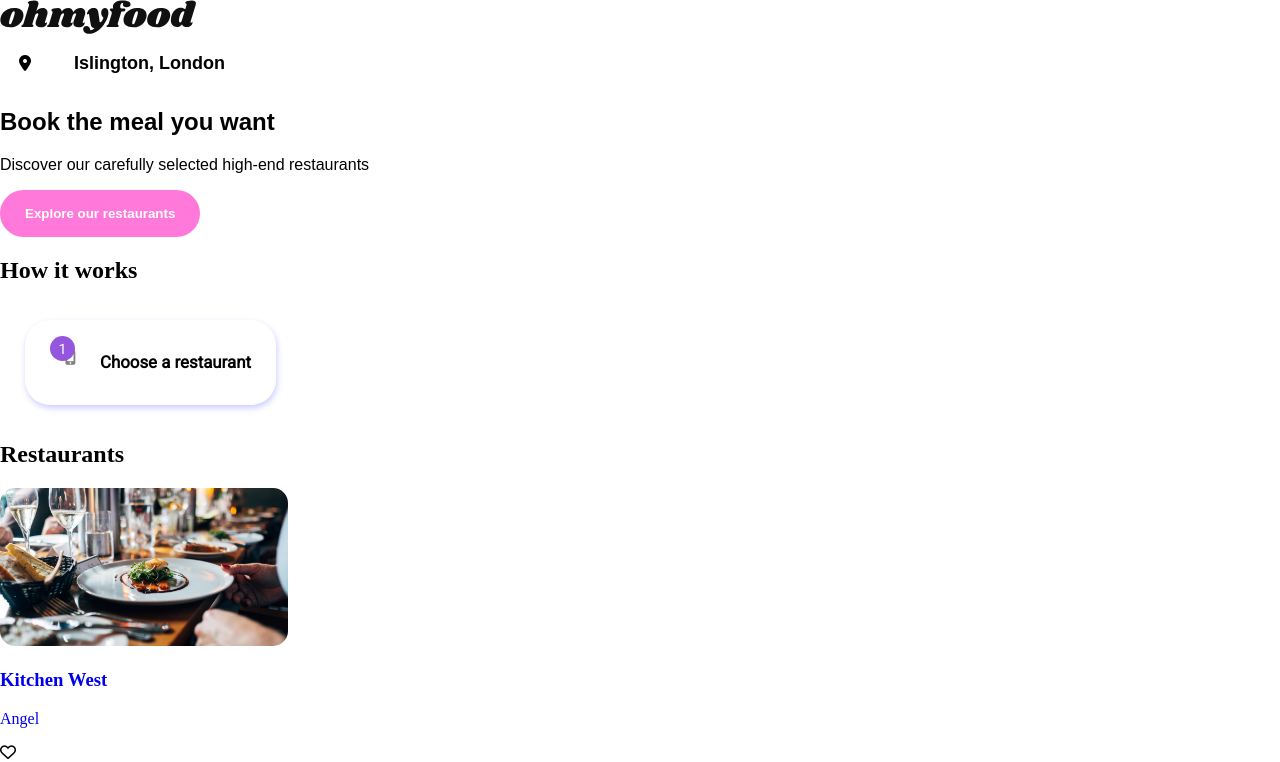
Repository: R1ptou/Project-3
Page: index.html
An editor plug-in stored every save of this project. The page is shown before and after the next save, followed by the edit.
The browser window is 1280 px wide. The pictures show the whole page.
Some web fonts or font styles are not loaded; a fallback is used. The style sheet was rebuilt from its Sass, Less or Tailwind sources for each picture, by a compiler version that may differ from the author's.

Above is the page before, as saved 2024-03-08 11:14:43.

### index.html
<!DOCTYPE html>
<html lang="en">
<head>
    <meta charset="UTF-8">
    <meta name="viewport" content="width=device-width, initial-scale=1.0">
    <title>ohmyfood</title>
    <link rel="preconnect" href="https://fonts.googleapis.com">
    <link rel="preconnect" href="https://fonts.googleapis.com">
    <link rel="preconnect" href="https://fonts.gstatic.com" crossorigin>
    <link href="https://fonts.googleapis.com/css2?family=Roboto&family=Shrikhand&display=swap" rel="stylesheet">
    <link rel="stylesheet" href="https://cdnjs.cloudflare.com/ajax/libs/font-awesome/6.2.1/css/all.min.css"
        integrity="sha512-MV7K8+y+gLIBoVD59lQIYicR65iaqukzvf/nwasF0nqhPay5w/9lJmVM2hMDcnK1OnMGCdVK+iQrJ7lzPJQd1w=="
        crossorigin="anonymous" referrerpolicy="no-referrer">
    <link rel="stylesheet" href="./css/style.css">
</head>
<body>
<!-- Header -->
    <div class="main-container">
        <header>
            <div class="logo"> <!-- Logo -->
               <img  src="./Images and text Ohmyfood/images/logo/ohmyfood@2x.svg" alt="ohmyfood logo" >
            </div>
            <form class="search-bar"> <!-- Search bar -->
                <div class="icon-search"><i class="text-black fa-solid fa-location-dot"></i></div>
                <input class="input-search" value="Islington, London" type="text">
            </form>
            <div class="headline"> <!-- Headline -->
                <h2>Book the meal you want</h2>
                <p>Discover our carefully selected high-end restaurants</p>
            </div>
            <button type="submit" class="button-search">Explore our restaurants</button> <!-- Submit button -->
        </header>
    </div>

<!-- How it works -->
    <main>
        <section >
            <h2>How it works</h2>
            <div class="card-group">
            <a href="#" class="card">
            <i class="icon-no"> 1 </i>
            <i class="icon-pic fa-solid fa-mobile-screen-button"></i>
            <h3 class="card-text">Choose a restaurant</h3>
            </a>
            </div>
        </section>


<!-- Restaurants -->
        <section>
            <h2>Restaurants</h2>

            <a href="#" class="restaurant-card">
                <img class="card-img" src="./Images and text Ohmyfood/images/restaurants/jay-wennington-N_Y88TWmGwA-unsplash.jpg" alt="">
                      <div class="card-content">
                        <h3 class="card-title">Kitchen West</h3>
                        <p class="card-subtitle">Angel</p>
                      </div>
              </a>
              <i class="fa-regular fa-heart"></i>
        </section>

<!-- Header -->
<!-- Header -->
    </main>
</body>
</html>

### scss/style.scss
/****** General ***********/

:root {
    --primary-color: #9356DC;
    --secondary-color: #FF79DA;
    --tertiary-color: #99E2D0;
}

body {
margin: 0;
padding: 0;
color: #000;
}

a {
    text-decoration: none;
}
/****** Header ***********/

/****** Logo ***********/

/****** Search bar ***********/

.search-bar {
    display: flex;
}

.icon-search {
    display: flex;
    justify-content: center;
    align-items: center;
    width: 50px;
    height: 50px;
    flex-shrink: 0;

}

.input-search {
    display: flex;
    border-width: 0;
    border-style: none;
    padding: 0 24px;
    font-weight: bold;
    font-size: 18px;
}
.input-search:focus {
    outline: none;
}

/****** Headline ***********/

.headline {
    font-family: "Shrikhand", sans-serif;
}


/****** Submit button ***********/

.button-search{
    padding: 16px 25px;
    color: #fff;
    font-weight: bold;
    background-color: var(--secondary-color);
    border-radius: 25px;
    border: none;
    justify-content: center;
}

.button-search:hover {


    background-color: var(--secondary-color);
    border-radius: 0 15px 15px 0px;
    border: none;
}

/****** How it works ***********/

.card-group {
    display: flex;
    flex-wrap: wrap;
    padding: 16px 25px;
}

.card {
    display: flex;
    flex-direction: row;
    padding: 16px 25px;
    background: #fff;
    border-radius: 25px;
    box-shadow: 1px 3px 6px 0px rgba(0, 0, 255, .2);
    font: 0.9rem "Roboto", sans-serif;
    color: #000;
}

.restaurants-card {
    display: flex;
    flex-direction: column;
}

.icon-pic {
    display: inline-flex;
    background: none;
    color: grey;
    width: 20px;
    height: 20px;
    padding: 15px;
    flex-shrink: 0;
}

.icon-pic:hover {
    color: var(--primary-color);
}

.icon-no {
    position: absolute;

    background: var(--primary-color);
    border-radius: 50%;
    border: none;
    font: 0.9rem "Roboto", sans-serif;
    color: #fff;
    text-align: center;
    width: 15px;
    height: 15px;
    padding: 5px;
    flex-shrink: 0;
}


.card-img {
    object-fit: cover;
    width: 18rem;
    height: 158px;
    border-radius: 15px;
}

/****** Starters ***********/


/****** Mains ***********/


/****** Deserts ***********/


/****** Button ***********/

.btn {
    background-color: var(--primary-color);
}

/****** Label ***********/


/****** Icon ***********/


/****** Footer ***********/

After the next save:
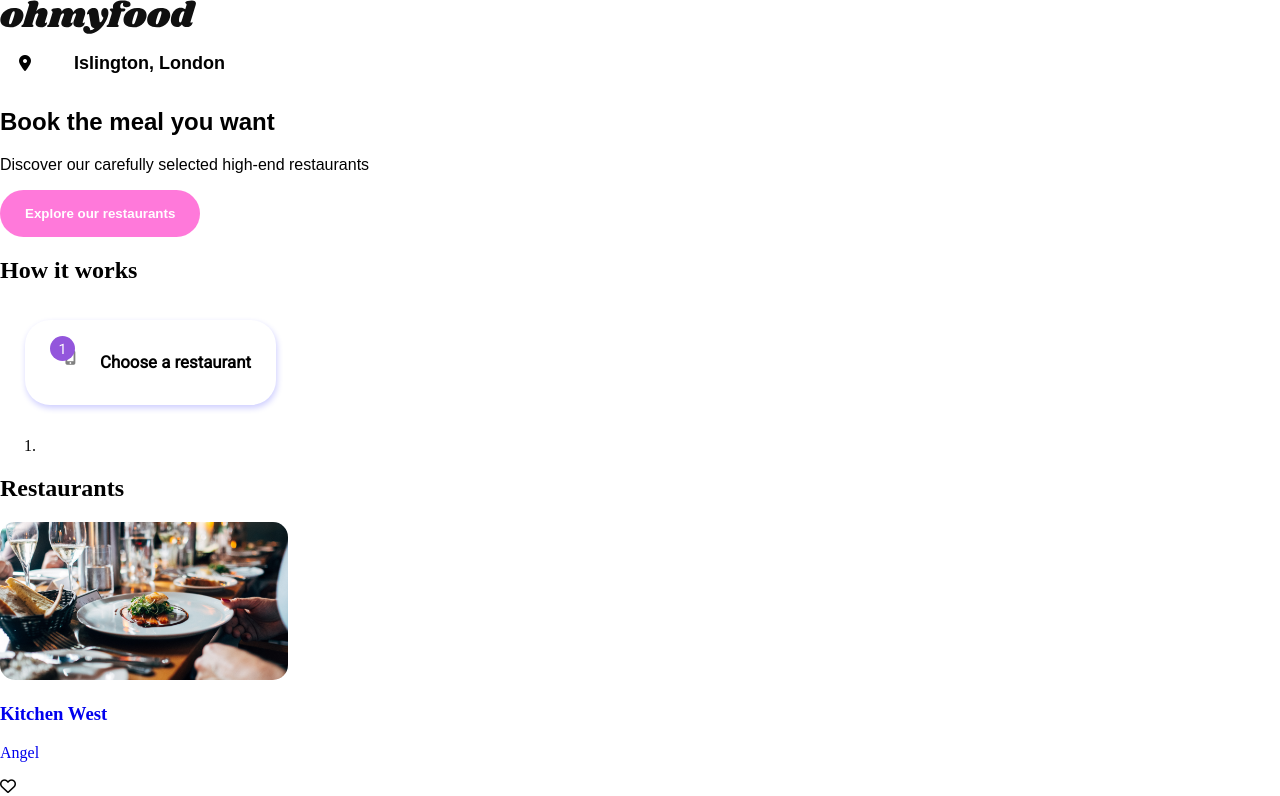
Saved 10 min 39 s later.
--- a/index.html
+++ b/index.html
@@ -45,6 +45,13 @@
             </div>
         </section>
 
+        <section>
+            <ol>
+                <li>
+                    <span></span>
+                </li>
+            </ol>
+        </section>
 
 <!-- Restaurants -->
         <section>
